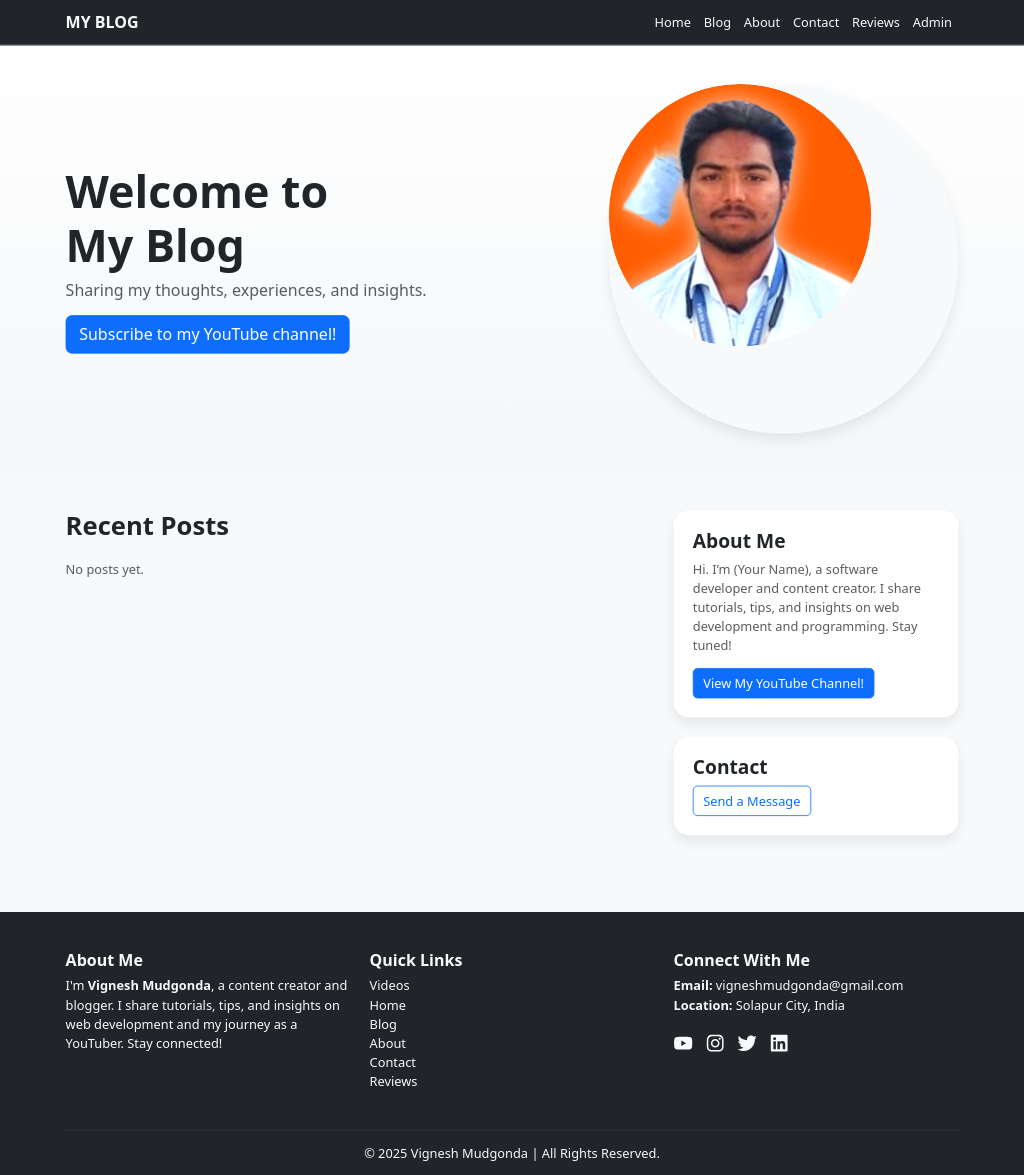
Repository: vigneshmudgonda/Blog2
Page: / (app in blog-frontend-full/)
These files come from the project's save history. The page is drawn as it stood at one moment and after the next save; the edit follows.
The browser window is 1280 px wide. The pictures show the whole page, at 80% of full size.
The page's requests for data from a server got no answer. The project was rebuilt for these pictures with package versions that can differ from the ones it lists, and the page was loaded fresh each time. No one was signed in, and anything a server would have sent is missing. Also part of the build but not shown: blog-frontend-full/src/pages/BlogList.js, blog-frontend-full/src/pages/BlogDetail.js, blog-frontend-full/src/pages/Reviews.js, blog-frontend-full/src/pages/Contact.js, blog-frontend-full/src/pages/About.js, blog-frontend-full/src/pages/AdminLogin.js, blog-frontend-full/src/pages/AdminDashboard.js, blog-frontend-full/src/pages/YoutubeVideos.js and 1 more.

Above is the page before, as saved 2025-08-19 21:21:13.

### blog-frontend-full/public/index.html
<!DOCTYPE html>
<html lang="en">
  <head>
    <meta charset="utf-8" />
    <meta name="viewport" content="width=device-width, initial-scale=1" />
    <title>My Blog</title>
    <meta name="description" content="Personal blog powered by React + Bootstrap" />
    <link rel="icon" href="%PUBLIC_URL%/favicon.ico" />
  </head>
  <body>
    <noscript>You need to enable JavaScript to run this app.</noscript>
    <div id="root"></div>
  </body>
</html>

### blog-frontend-full/src/index.js
import React from 'react';
import { createRoot } from 'react-dom/client';
import { BrowserRouter } from 'react-router-dom';
import App from './App';
import 'bootstrap/dist/css/bootstrap.min.css';
import 'bootstrap/dist/js/bootstrap.bundle.min.js';
import './index.css';

const root = createRoot(document.getElementById('root'));
root.render(
  <BrowserRouter>
    <App/>
  </BrowserRouter>
);

### blog-frontend-full/src/App.js
import React from 'react';
import { Routes, Route } from 'react-router-dom';
import Navbar from './components/Navbar';
import Footer from './components/Footer';
import Home from './pages/Home';
import BlogList from './pages/BlogList';
import BlogDetail from './pages/BlogDetail';
import Reviews from './pages/Reviews';
import Contact from './pages/Contact';
import About from './pages/About';
import AdminLogin from './pages/AdminLogin';

import AdminDashboard from "./pages/AdminDashboard";
import YoutubeVideos from "./pages/YoutubeVideos";
import PrivateRoute from "./components/PrivateRoute";

export default function App(){
  return (
    <div className="d-flex flex-column min-vh-100">
      <Navbar/>
      <main className="flex-grow-1">
        <Routes>
          <Route path="/" element={<Home/>} />
          <Route path="/blog" element={<BlogList/>} />
          <Route path="/blog/:id" element={<BlogDetail/>} />
          <Route path="/reviews" element={<Reviews/>} />
          <Route path="/contact" element={<Contact/>} />
          <Route path="/about" element={<About/>} />
          <Route path="/login" element={<AdminLogin/>} />


          <Route path="/youtube" element={<YoutubeVideos />} />
             <Route
          path="/admin"
          element={
            <PrivateRoute>
              <AdminDashboard />
            </PrivateRoute>
          }
        />
        </Routes>
      </main>
      <Footer/>
    </div>
  );
}

### blog-frontend-full/src/index.css
:root{--radius:1.25rem}
body{background:#f8f9fa}
.shadow-soft{box-shadow:0 .5rem 1rem rgba(0,0,0,.08)}
.rounded-2xl{border-radius:var(--radius)}
.hero{background:linear-gradient(180deg,#ffffff 0%,#f4f6f8 100%)}
.post-card img{object-fit:cover;height:180px}
a{text-decoration:none}

### blog-frontend-full/src/components/Navbar.js
import React from 'react';
import { Link, NavLink } from 'react-router-dom';

export default function Navbar(){
  return (
    <nav className="navbar navbar-expand-lg bg-dark border-bottom sticky-top">
      <div className="container">
        <Link className="navbar-brand fw-bold text-light " to="/">MY BLOG</Link>
        <button className="navbar-toggler" type="button" data-bs-toggle="collapse" data-bs-target="#nav">
          <span className="navbar-toggler-icon"></span>
        </button>
        <div id="nav" className="collapse navbar-collapse ">
          <ul className="navbar-nav ms-auto">
            <li className="nav-item"><NavLink end className="nav-link text-light " to="/">Home</NavLink></li>
            <li className="nav-item"><NavLink className="nav-link text-light " to="/blog">Blog</NavLink></li>
            <li className="nav-item"><NavLink className="nav-link text-light " to="/about">About</NavLink></li>
            <li className="nav-item"><NavLink className="nav-link text-light " to="/contact">Contact</NavLink></li>
            <li className="nav-item"><NavLink className="nav-link text-light " to="/reviews">Reviews</NavLink></li>
            <li className="nav-item"><NavLink className="nav-link text-light " to="/login">Admin</NavLink></li>
          </ul>
        </div>
      </div>
    </nav>
  );
}

### blog-frontend-full/src/components/Footer.js
import React from "react";
import { Link } from "react-router-dom";
import {
  FaYoutube,
  FaInstagram,
  FaTwitter,
  FaLinkedin,
} from "react-icons/fa";

export default function Footer() {
  return (
    <footer className="bg-dark text-light pt-5 pb-3 mt-5">
      <div className="container">
        <div className="row">
          {/* About Me */}
          <div className="col-md-4 mb-3">
            <h5 className="fw-bold">About Me</h5>
            <p>
              I'm <strong>Vignesh Mudgonda</strong>, a content creator and
              blogger. I share tutorials, tips, and insights on web development
              and my journey as a YouTuber. Stay connected!
            </p>
          </div>

          {/* Quick Links */}
          <div className="col-md-4 mb-3">
            <h5 className="fw-bold">Quick Links</h5>
            <ul className="list-unstyled">
              <li><Link to="/youtube" className="text-light text-decoration-none">Videos</Link></li>
              <li><Link to="/" className="text-light text-decoration-none">Home</Link></li>
              <li><Link to="/blog" className="text-light text-decoration-none">Blog</Link></li>
              <li><Link to="/about" className="text-light text-decoration-none">About</Link></li>
              <li><Link to="/contact" className="text-light text-decoration-none">Contact</Link></li>
              <li><Link to="/reviews" className="text-light text-decoration-none">Reviews</Link></li>
            </ul>
          </div>

          {/* Connect With Me */}
          <div className="col-md-4 mb-3">
            <h5 className="fw-bold">Connect With Me</h5>
            <p>
              <strong>Email:</strong>{" "}
              <a
                href="mailto:vigneshmudgonda@gmail.com"
                className="text-light text-decoration-none"
              >
                vigneshmudgonda@gmail.com
              </a>
              <br />
              <strong>Location:</strong> Solapur City, India
            </p>
            <div className="d-flex gap-3 fs-4">
              <a href="https://youtube.com" className="text-light"><FaYoutube /></a>
              <a href="https://instagram.com" className="text-light"><FaInstagram /></a>
              <a href="https://twitter.com" className="text-light"><FaTwitter /></a>
              <a href="https://linkedin.com" className="text-light"><FaLinkedin /></a>
            </div>
          </div>
        </div>

        <hr className="border-secondary" />
        <p className="text-center mb-0">
          © 2025 Vignesh Mudgonda | All Rights Reserved.
        </p>
      </div>
    </footer>
  );
}

### blog-frontend-full/src/pages/Home.js
import React, { useEffect, useState } from 'react';
import { Link } from 'react-router-dom';
import api from '../services/api';

export default function Home(){
  const [posts, setPosts] = useState([]);

  useEffect(()=>{
    (async ()=>{
      try{
        const res = await api.get('/api/blogs', { params: { limit: 2, page: 1 } });
        setPosts(res.data.blogs || []);
      }catch(e){ console.error(e); }
    })();
  },[]);

  return (
    <div>
      <section className="hero py-5">
        <div className="container">
          <div className="row align-items-center g-5">
            <div className="col-lg-7">
              <h1 className="display-4 fw-bold">Welcome to<br/>My Blog</h1>
              <p className="lead text-muted">Sharing my thoughts, experiences, and insights.</p>
              <a href={process.env.REACT_APP_YOUTUBE_URL || '#'} target="_blank" rel="noreferrer" className="btn btn-primary btn-lg">Subscribe to my YouTube channel!</a>
            </div>
            <div className="col-lg-5">
              <div className="bg-light rounded-circle ratio ratio-1x1 d-flex align-items-center justify-content-center shadow-soft">
                <img alt="Profile" className="rounded-circle w-75 h-75 object-fit-cover" src="picofme.png" />
              </div>
            </div>
          </div>
        </div>
      </section>

      <section className="container my-5">
        <div className="row">
          <div className="col-lg-8">
            <h2 className="fw-bold mb-4">Recent Posts</h2>
            <div className="row g-4">
              {posts.map(p => (
                <div className="col-md-6" key={p._id}>
                  <div className="card rounded-2xl shadow-soft post-card h-100">
                    {p.image && <img src={p.image} className="card-img-top" alt={p.title}/>}
                    <div className="card-body">
                      <h5 className="card-title">{p.title}</h5>
                      <p className="text-muted small mb-2">{new Date(p.createdAt || Date.now()).toDateString()}</p>
                      <p className="card-text">{(p.content || '').slice(0,100)}...</p>
                      <Link to={`/blog/${p._id}`} className="btn btn-outline-primary btn-sm">Read More</Link>
                    </div>
                  </div>
                </div>
              ))}
              {!posts.length && <p className="text-muted">No posts yet.</p>}
            </div>
          </div>

          <div className="col-lg-4">
            <div className="mb-4 p-4 bg-white rounded-2xl shadow-soft">
              <h4 className="fw-bold">About Me</h4>
              <p className="text-muted">Hi. I’m (Your Name), a software developer and content creator. I share tutorials, tips, and insights on web development and programming. Stay tuned!</p>
              <a className="btn btn-primary" href={process.env.REACT_APP_YOUTUBE_URL || '#'} target="_blank" rel="noreferrer">View My YouTube Channel!</a>
            </div>
            <div className="p-4 bg-white rounded-2xl shadow-soft">
              <h4 className="fw-bold">Contact</h4>
              <Link className="btn btn-outline-primary" to="/contact">Send a Message</Link>
            </div>
          </div>
        </div>
      </section>
    </div>
  );
}

### blog-frontend-full/src/services/api.js
import axios from 'axios';
const API_URL = process.env.REACT_APP_API_URL || 'http://localhost:5000';
const api = axios.create({ baseURL: API_URL });
export default api;

After the next save:
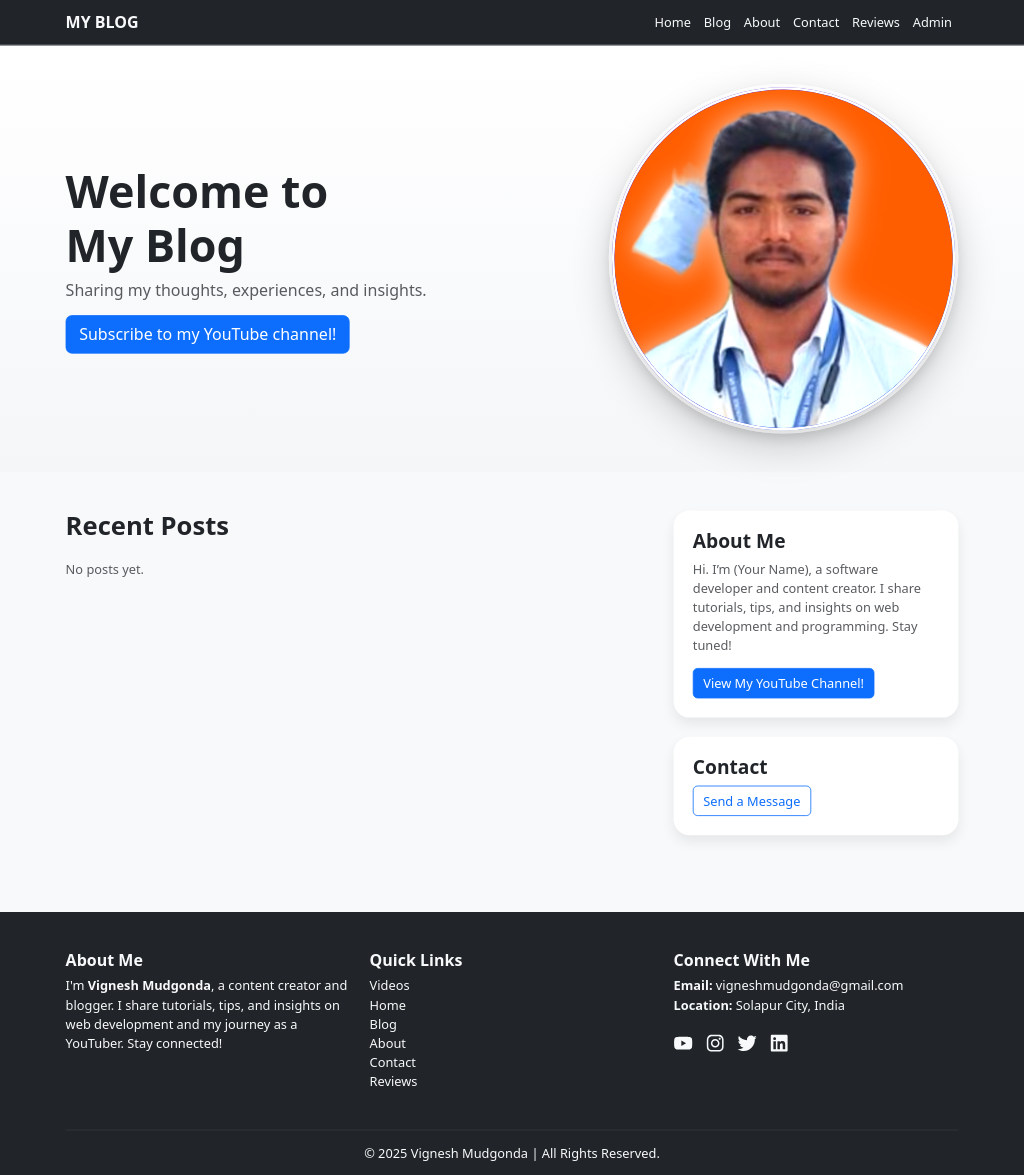
Saved 64 s later.
--- a/blog-frontend-full/src/pages/Home.js
+++ b/blog-frontend-full/src/pages/Home.js
@@ -25,9 +25,22 @@ export default function Home(){
               <a href={process.env.REACT_APP_YOUTUBE_URL || '#'} target="_blank" rel="noreferrer" className="btn btn-primary btn-lg">Subscribe to my YouTube channel!</a>
             </div>
             <div className="col-lg-5">
-              <div className="bg-light rounded-circle ratio ratio-1x1 d-flex align-items-center justify-content-center shadow-soft">
-                <img alt="Profile" className="rounded-circle w-75 h-75 object-fit-cover" src="picofme.png" />
-              </div>
+              <div
+  className="rounded-circle ratio ratio-1x1 d-flex align-items-center justify-content-center shadow-lg"
+  style={{
+    background: "linear-gradient(135deg, #6a11cb, #2575fc)", // stylish gradient
+    padding: "12px",
+    boxShadow: "0 8px 20px rgba(0,0,0,0.15), 0 4px 12px rgba(0,0,0,0.1)", // soft shadows
+    border: "4px solid #fff" // white border ring
+  }}
+>
+  <img
+    alt="Profile"
+    className="rounded-circle w-100 h-100 object-fit-cover border border-3 border-white shadow"
+    src="picofme.png"
+  />
+</div>
+
             </div>
           </div>
         </div>
